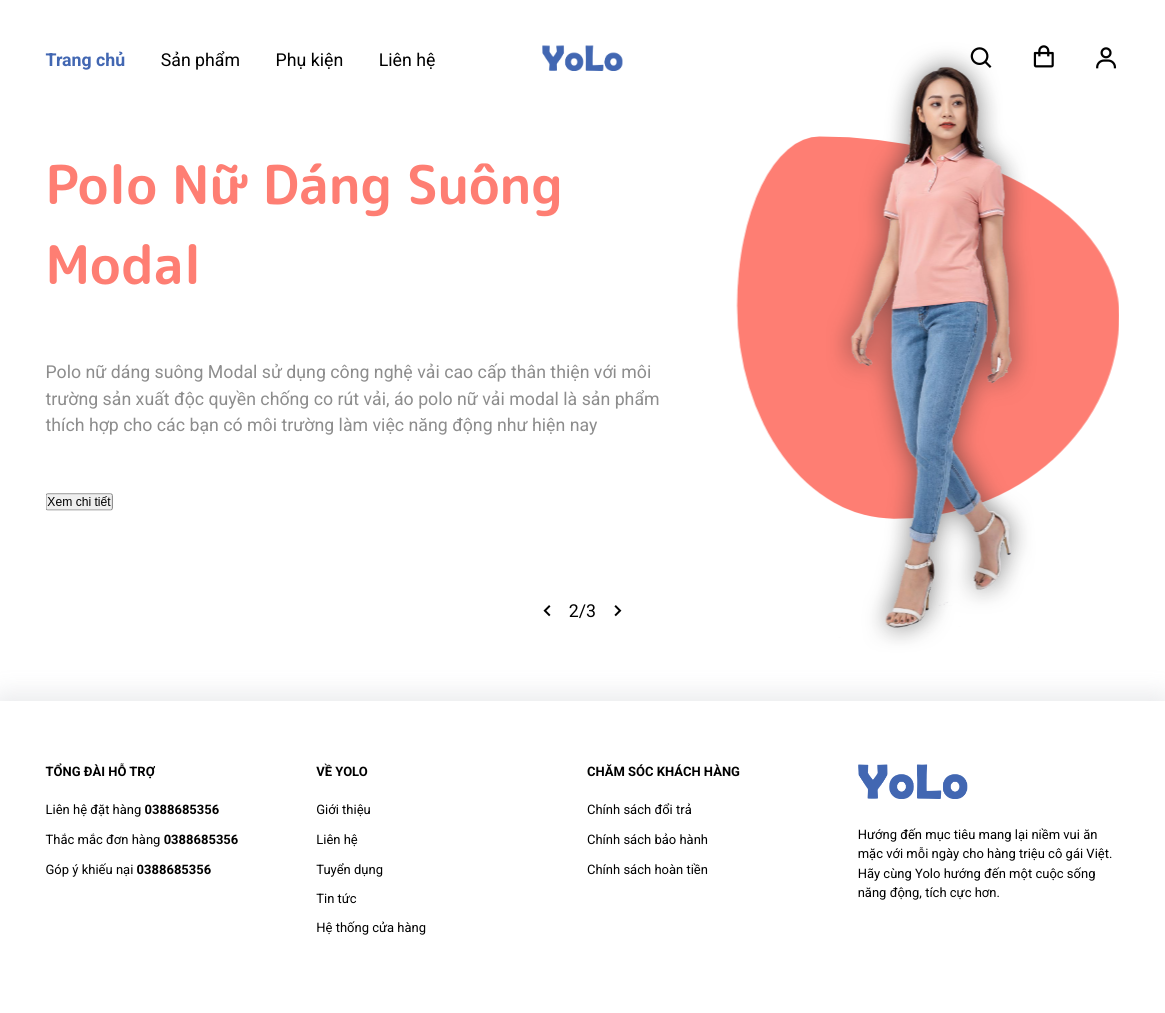
Repository: NguyenThanhBinh1210/Binh-React
Page: / (app in yoloshop/)
These files come from the project's save history. The page is drawn as it stood at one moment and after the next save; the edit follows.
The browser window is 1280 px wide. The pictures show the whole page, at 91% of full size.
The project was rebuilt for these pictures with package versions that can differ from the ones it lists, and the page was loaded fresh each time. A package was used in the major version that the imports need, not the one package.json lists. Also part of the build but not shown: yoloshop/src/pages/Product.jsx, yoloshop/src/pages/Catalog.jsx, yoloshop/src/pages/Cart.jsx, yoloshop/src/pages/Accessory.jsx, yoloshop/src/pages/Contact.jsx.

Above is the page before, as saved 2021-11-25 16:32:05.

After the next save:
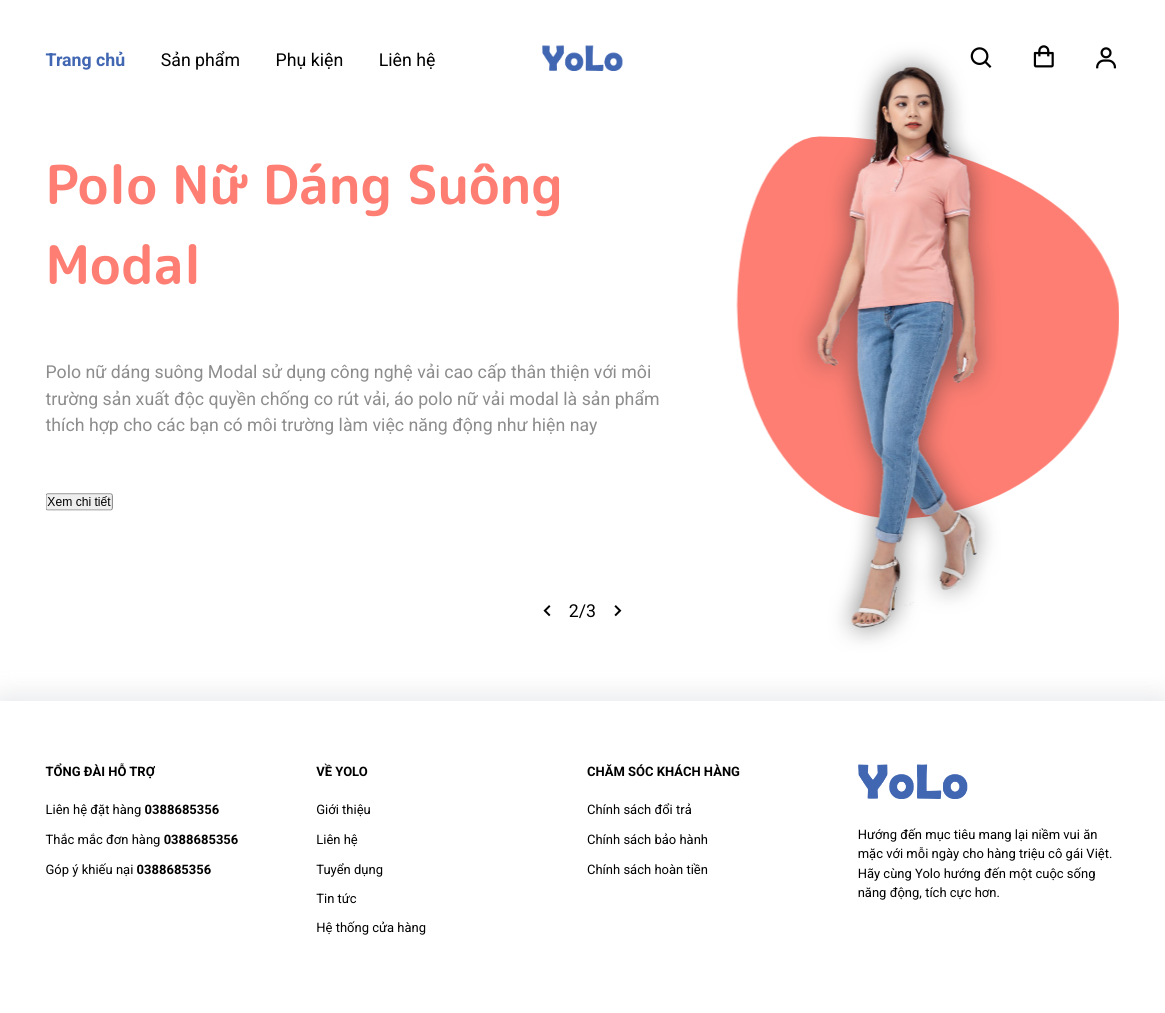
Saved 100 s later.
--- a/yoloshop/src/sass/components/_hero-slider.scss
+++ b/yoloshop/src/sass/components/_hero-slider.scss
@@ -75,7 +75,7 @@
 				height: 100vh;
 				position: absolute;
 				bottom: 0;
-				left: 10%;
+				right: 0;
 				transform: scale(0) rotate(65deg);
 				transition: transform 0.6s cubic-bezier(0.175, 0.885, 0.32, 1.275);
 			}
